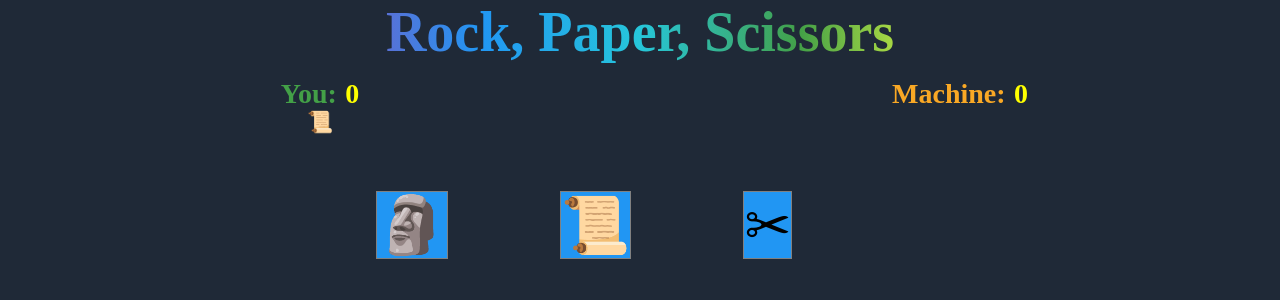
Repository: dung8466/RPS
Page: index.html
An editor plug-in stored every save of this project. The page is shown before and after the next save, followed by the edit.
The browser window is 1280 px wide. The pictures show the whole page.
After loading, the first visible `button.selection` was clicked once.

Above is the page before, as saved 2022-07-01 21:46:32.
Console error: TypeError: Cannot read properties of undefined (reading 'style')

After the next save:
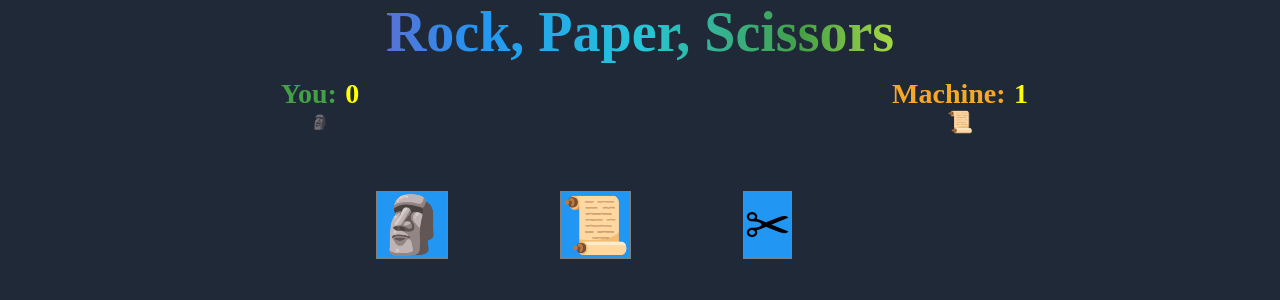
The error is gone.
Saved 39 s later.
--- a/script.js
+++ b/script.js
@@ -32,8 +32,8 @@ function makeSelection(selection) {
   const yourWinner = isWinner(selection, computerSelection)
   const computerWinner = isWinner(computerSelection, selection)
 
-  addSelectionResult(computerSelection, computerWinner).style.width = "10px"
-  addSelectionResult(selection, yourWinner).style.width = "10px"
+  addSelectionResult(computerSelection, computerWinner)
+  addSelectionResult(selection, yourWinner)
 
   if (yourWinner) incrementScore(yourScoreSpan)
   if (computerWinner) incrementScore(computerScoreSpan)
